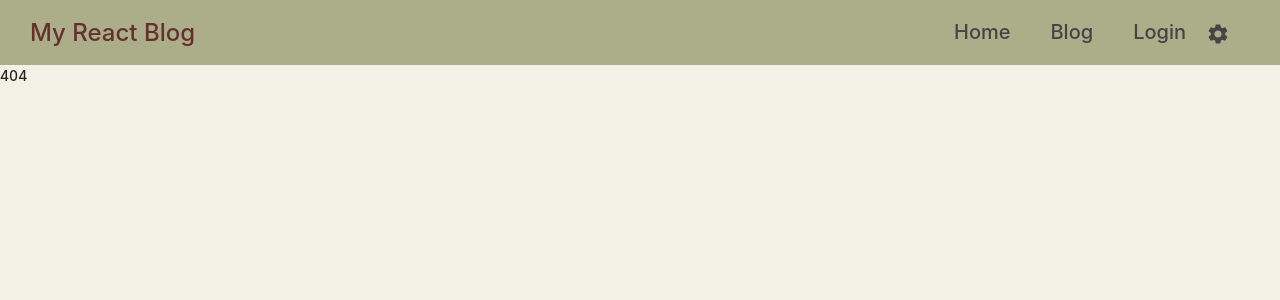
Repository: Kaycee-attah/react_blog
Page: /
An editor plug-in stored every save of this project. The page is shown before and after the next save, followed by the edit.
The browser window is 1280 px wide. The pictures show the whole page.
The project was rebuilt for these pictures with package versions that can differ from the ones it lists, and the page was loaded fresh each time.

Above is the page before, as saved 2021-10-09 20:51:17.

After the next save:
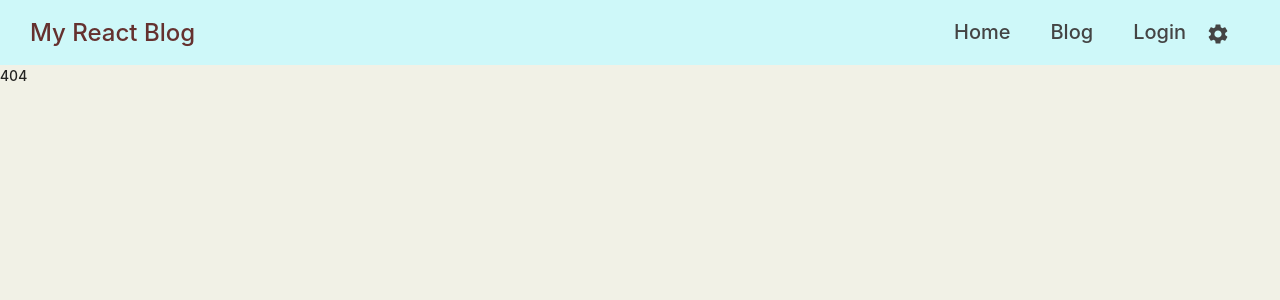
Saved 113 s later.
--- a/src/assets/scss/_variables.scss
+++ b/src/assets/scss/_variables.scss
@@ -5,7 +5,7 @@ $text-color: #65312F;
 $input-type-checkbox-Checked: #f8f8f8;
 $navigation-link-color-onHover: #2997ff;
 $navigation-link-color: #444;
-$navigation-background-color: #ACAE89;
+$navigation-background-color: #CEF8F9;
 $settings-dropDown-Menu-Card-backGroundColor: #f8f8f8;
 $settings-dropDown-Menu-backGroundColor: white;
 $toggle-checkbox-darkMode-backgroundColor: #092c3e;
